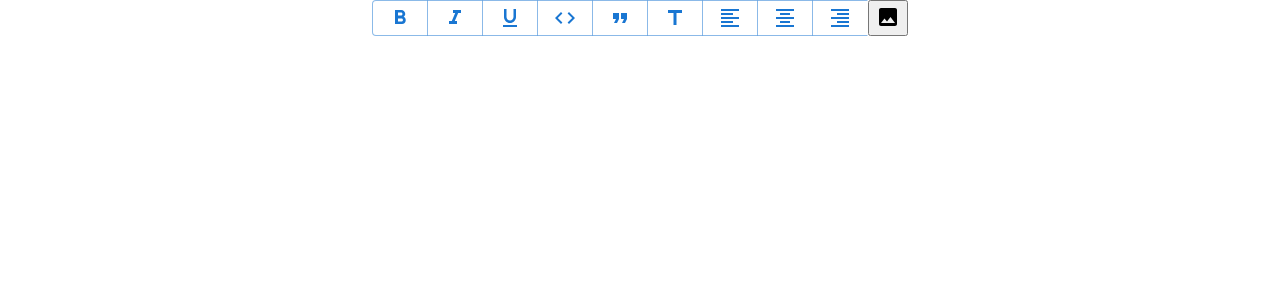
Repository: Judono/typedream_rich_text_editor_project
Page: /toolbar
An editor plug-in stored every save of this project. The page is shown before and after the next save, followed by the edit.
The browser window is 1280 px wide. The pictures show the whole page.
The project was rebuilt for these pictures with package versions that can differ from the ones it lists, and the page was loaded fresh each time. The framework's server and built-in components were replaced by stand-ins that run in the browser. Also part of the build but not shown: next.config.js.

Above is the page before, as saved 2022-11-29 14:34:37.

### pages/toolbar.js
import React from 'react'
import CustomEditor from './custom_editor'
import { InsertImageButton } from './images'

import FormatAlignCenterIcon from '@mui/icons-material/FormatAlignCenter';
import FormatAlignLeftIcon from '@mui/icons-material/FormatAlignLeft';
import FormatAlignRightIcon from '@mui/icons-material/FormatAlignRight';
import FormatBoldIcon from '@mui/icons-material/FormatBold';
import FormatItalicIcon from '@mui/icons-material/FormatItalic';
import FormatUnderlinedIcon from '@mui/icons-material/FormatUnderlined';
import FormatQuoteIcon from '@mui/icons-material/FormatQuote';
import TitleIcon from '@mui/icons-material/Title';
import CodeIcon from '@mui/icons-material/Code';

import styles from '../styles/Home.module.css'
import { Button, ButtonGroup } from '@mui/material';

const SlateToolbar = ({editor}) => {
  return (

    <div className={styles.toolbar}>
        <ButtonGroup>
            {/* bold */}
            <Button onMouseDown={event => {
                event.preventDefault()
                CustomEditor.toggleBoldMark(editor)
                }}>
                <FormatBoldIcon />
            </Button>

            {/* italic */}
        <Button
          onMouseDown={event => {
            event.preventDefault()
            CustomEditor.toggleItalicMark(editor)
          }}
        >
          <FormatItalicIcon />
        </Button>

        {/* underline */}
        <Button
          onMouseDown={event => {
            event.preventDefault()
            CustomEditor.toggleUnderlineMark(editor)
          }}
        >
          <FormatUnderlinedIcon />
        </Button>

        {/* Code block */}
        <Button
          onMouseDown={event => {
            event.preventDefault()
            CustomEditor.toggleCodeBlock(editor)
          }}
        >
          <CodeIcon />
        </Button>

        {/* Quote Block */}
        <Button
          onMouseDown={event => {
            event.preventDefault()
            CustomEditor.toggleQuoteBlock(editor)
          }}
        >
          <FormatQuoteIcon />
        </Button>

        {/* Title h1 Block */}
        <Button
          onMouseDown={event => {
            event.preventDefault()
            CustomEditor.toggleH1Block(editor)
          }}
        >
          <TitleIcon />
        </Button>

        {/* left align */}
        <Button
          onMouseDown={event => {
            event.preventDefault()
            CustomEditor.toggleLeftAlign(editor)
          }}
        >
          <FormatAlignLeftIcon />
        </Button>

        {/* center align */}
        <Button
          onMouseDown={event => {
            event.preventDefault()
            CustomEditor.toggleCenterAlign(editor)
          }}
        >
          <FormatAlignCenterIcon />
        </Button>

        {/* right align */}
        <Button
          onMouseDown={event => {
            event.preventDefault()
            CustomEditor.toggleRightAlign(editor)
          }}
        >
          <FormatAlignRightIcon />
        </Button>

        <InsertImageButton editor={editor}/>
        </ButtonGroup>
    </div>
  )
}

export default SlateToolbar

### pages/custom_editor.js
import { Editor, Text, Transforms } from 'slate'

const CustomEditor = {
    isBoldMarkActive(editor) {
        const [match] = Editor.nodes(editor, {
        match: n => n.bold === true,
        universal: true,
        })

        return !!match
    },

    isItalicMarkActive(editor) {
        const [match] = Editor.nodes(editor, {
        match: n => n.italic === true,
        universal: true,
        })

        return !!match
    },

    isUnderlineMarkActive(editor) {
        const [match] = Editor.nodes(editor, {
        match: n => n.underline === true,
        universal: true,
        })

        return !!match
    },

    isHighlightMarkActive(editor) {
        const [match] = Editor.nodes(editor, {
        match: n => n.highlight === true,
        universal: true,
        })

        return !!match
    },

    isCodeBlockActive(editor) {
        const [match] = Editor.nodes(editor, {
        match: n => n.type === 'code',
        })

        return !!match
    },

    isQuoteBlockActive(editor) {
        const [match] = Editor.nodes(editor, {
        match: n => n.type === 'quote',
        })

        return !!match
    },

    isH1BlockActive(editor) {
        const [match] = Editor.nodes(editor, {
        match: n => n.type === 'h1Block',
        })

        return !!match
    },

    isCenterAlignActive(editor) {
        const [match] = Editor.nodes(editor, {
        match: n => n.type === 'centerAlign',
        })

        return !!match
    },

    isLeftAlignActive(editor) {
        const [match] = Editor.nodes(editor, {
        match: n => n.type === 'leftAlign',
        })

        return !!match
    },

    isRightAlignActive(editor) {
        const [match] = Editor.nodes(editor, {
        match: n => n.type === 'rightAlign',
        })

        return !!match
    },

    toggleBoldMark(editor) {
        const isActive = CustomEditor.isBoldMarkActive(editor)
        Transforms.setNodes(
        editor,
        { bold: isActive ? null : true },
        { match: n => Text.isText(n), split: true }
        )
    },

    toggleItalicMark(editor) {
        const isActive = CustomEditor.isItalicMarkActive(editor)
        Transforms.setNodes(
        editor,
        { italic: isActive ? null : true },
        { match: n => Text.isText(n), split: true }
        )
    },

    toggleUnderlineMark(editor) {
        const isActive = CustomEditor.isUnderlineMarkActive(editor)
        Transforms.setNodes(
        editor,
        { underline: isActive ? null : true },
        { match: n => Text.isText(n), split: true }
        )
    },

    toggleHighlightMark(editor) {
        const isActive = CustomEditor.isHighlightMarkActive(editor)
        Transforms.setNodes(
        editor,
        { highlight: isActive ? null : true },
        { match: n => Text.isText(n), split: true }
        )
    },

    toggleCodeBlock(editor) {
        const isActive = CustomEditor.isCodeBlockActive(editor)
        Transforms.setNodes(
        editor,
        { type: isActive ? null : 'code' },
        { match: n => Editor.isBlock(editor, n) }
        )
    },

    toggleQuoteBlock(editor) {
        const isActive = CustomEditor.isQuoteBlockActive(editor)
        Transforms.setNodes(
        editor,
        { type: isActive ? null : 'quote' },
        { match: n => Editor.isBlock(editor, n) }
        )
    },

    toggleH1Block(editor) {
        const isActive = CustomEditor.isH1BlockActive(editor)
        Transforms.setNodes(
        editor,
        { type: isActive ? null : 'h1Block' },
        { match: n => Editor.isBlock(editor, n) }
        )
    },

    toggleCenterAlign(editor) {
        const isActive = CustomEditor.isCenterAlignActive(editor)
        Transforms.setNodes(
        editor,
        { type: isActive ? null : 'centerAlign' },
        { match: n => Editor.isBlock(editor, n) }
        )
    },
    toggleLeftAlign(editor) {
        const isActive = CustomEditor.isLeftAlignActive(editor)
        Transforms.setNodes(
        editor,
        { type: isActive ? null : 'leftAlign' },
        { match: n => Editor.isBlock(editor, n) }
        )
    },
    toggleRightAlign(editor) {
        const isActive = CustomEditor.isRightAlignActive(editor)
        Transforms.setNodes(
        editor,
        { type: isActive ? null : 'rightAlign' },
        { match: n => Editor.isBlock(editor, n) }
        )
    },
    }

export default CustomEditor

### pages/images.js
import React from 'react'
import { Transforms } from 'slate'
import ImageIcon from '@mui/icons-material/Image';

export const InsertImageButton = ({editor}) => {
    return (
        <button
        onMouseDown={event => {
            event.preventDefault()
            const url = window.prompt('Enter the URL of the image:')
            url && insertImage(editor, url)
        }}
        >
        <ImageIcon />
        </button>
    )
}

const insertImage = (editor, url) => {
    const text = { text: '' }
    const image = { type: 'image', url, children: [text] }
    Transforms.insertNodes(editor, image)
    }

    const Element = props => {
    const { attributes, children, element } = props

    switch (element.type) {
        case 'image':
        return <Image {...props} />
        default:
        return <p {...attributes}>{children}</p>
    }
}

### styles/Home.module.css
.toolbar {
  display: flex;
  align-items: center;
  justify-content: center;
}

.container {
  padding: 0 2rem;
}

.main {
  min-height: 100vh;
  padding: 4rem 0;
  flex: 1;
  display: flex;
  flex-direction: column;
  justify-content: center;
  align-items: center;
}

.footer {
  display: flex;
  flex: 1;
  padding: 2rem 0;
  border-top: 1px solid #eaeaea;
  justify-content: center;
  align-items: center;
}

.footer a {
  display: flex;
  justify-content: center;
  align-items: center;
  flex-grow: 1;
}

.title a {
  color: #0070f3;
  text-decoration: none;
}

.title a:hover,
.title a:focus,
.title a:active {
  text-decoration: underline;
}

.title {
  margin: 0;
  line-height: 1.15;
  font-size: 4rem;
}

.title,
.description {
  text-align: center;
}

.description {
  margin: 4rem 0;
  line-height: 1.5;
  font-size: 1.5rem;
}

.code {
  background: #fafafa;
  border-radius: 5px;
  padding: 0.75rem;
  font-size: 1.1rem;
  font-family: Menlo, Monaco, Lucida Console, Liberation Mono, DejaVu Sans Mono,
    Bitstream Vera Sans Mono, Courier New, monospace;
}

.grid {
  display: flex;
  align-items: center;
  justify-content: center;
  flex-wrap: wrap;
  max-width: 800px;
}

.card {
  margin: 1rem;
  padding: 1.5rem;
  text-align: left;
  color: inherit;
  text-decoration: none;
  border: 1px solid #eaeaea;
  border-radius: 10px;
  transition: color 0.15s ease, border-color 0.15s ease;
  max-width: 300px;
}

.card:hover,
.card:focus,
.card:active {
  color: #0070f3;
  border-color: #0070f3;
}

.card h2 {
  margin: 0 0 1rem 0;
  font-size: 1.5rem;
}

.card p {
  margin: 0;
  font-size: 1.25rem;
  line-height: 1.5;
}

.logo {
  height: 1em;
  margin-left: 0.5rem;
}

@media (max-width: 600px) {
  .grid {
    width: 100%;
    flex-direction: column;
  }
}

@media (prefers-color-scheme: dark) {
  .card,
  .footer {
    border-color: #222;
  }
  .code {
    background: #111;
  }
  .logo img {
    filter: invert(1);
  }
}

Loaded but not shown: pages/_app.js (common file); styles/globals.css (common file)

After the next save:
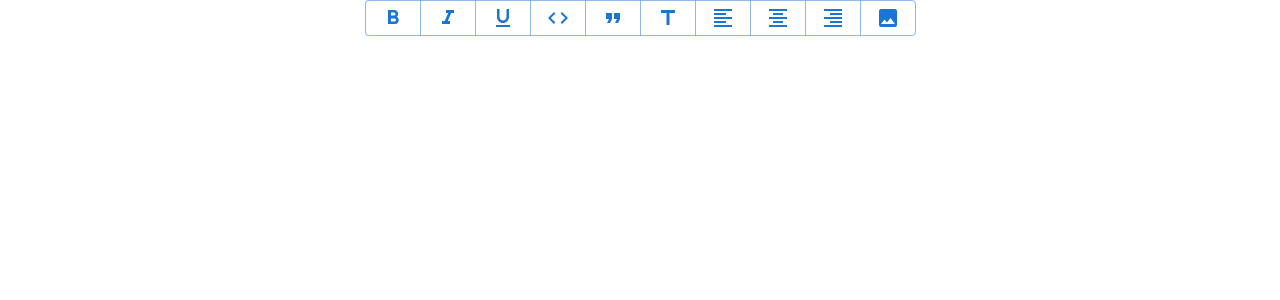
Saved 10 s later.
--- a/pages/images.js
+++ b/pages/images.js
@@ -1,18 +1,19 @@
 import React from 'react'
 import { Transforms } from 'slate'
 import ImageIcon from '@mui/icons-material/Image';
+import { Button } from '@mui/material';
 
 export const InsertImageButton = ({editor}) => {
     return (
-        <button
-        onMouseDown={event => {
-            event.preventDefault()
-            const url = window.prompt('Enter the URL of the image:')
-            url && insertImage(editor, url)
-        }}
-        >
-        <ImageIcon />
-        </button>
+        <Button
+            onMouseDown={event => {
+                event.preventDefault()
+                const url = window.prompt('Enter the URL of the image:')
+                url && insertImage(editor, url)
+            }}
+            >
+            <ImageIcon />
+        </Button>
     )
 }
 
